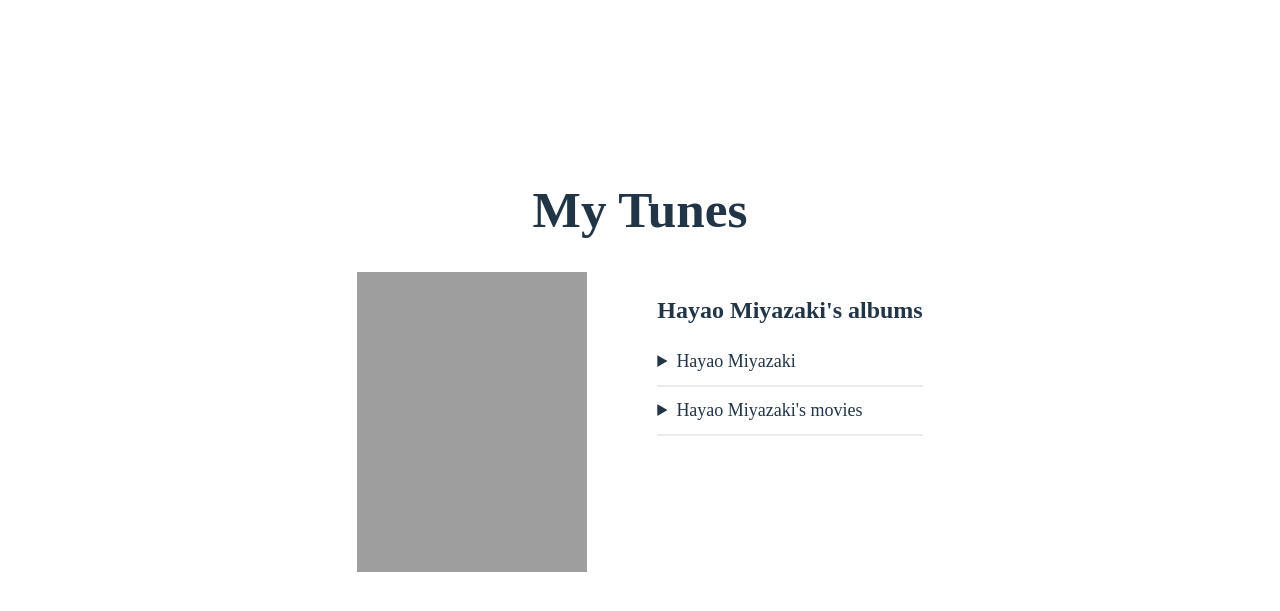
Repository: SamanthaYan298/my_app
Page: /
An editor plug-in stored every save of this project. The page is shown before and after the next save, followed by the edit.
The browser window is 1280 px wide. The pictures show the whole page.
Pictures or frames that could not be fetched are drawn as grey boxes. The project was rebuilt for these pictures with package versions that can differ from the ones it lists, and the page was loaded fresh each time. Also part of the build but not shown: vite.config.js.

Above is the page before, as saved 2024-09-14 16:30:42.

### src/App.jsx
import './App.css';

function App() {

  return (
    <>
      <div className='title'>
        <h1>My Tunes</h1>
        <div className="all">
        <div className='photo'>
          <img src="https://www.hollywoodreporter.com/wp-content/uploads/2013/09/hayao_miyazaki_-_h_-_2013.jpg?w=1024" alt="Hayao Miyazaki" height={300} width={230}/>
        </div>
        <div>
          <h2>Hayao Miyazaki's albums</h2>
          <details className='categories'>
            <summary>Hayao Miyazaki</summary>
            <ol>
              <li>Japanese animator</li>
              <li>Filmmaker</li>
              <li>Manga artist</li>
              <li>A founder of Studio Ghibli</li>
              <li>Oscar awards: 89 wins & 62 nominations</li>
            </ol>
          </details>
          <details className='categories'>
            <summary className='open'>Hayao Miyazaki's movies</summary>
            <ol>
              <li>Castle in the Sky</li>
              <li>Kiki's Delivery Service</li>
              <li>Howl's Moving Castle</li>
              <li>Princess Mononoke</li>
              <li>Spirited Away</li>
            </ol>
          </details>
        </div>
      </div>
      </div>
    </>
  )
}

export default App

### src/App.css
#root {
  margin: 0 auto;
  padding: 2rem;
  text-align: left;
  font-family: "PT Serif", serif;
  font-weight: 400;
  font-style: normal;;
}

.photo,
.all {
  display: flex;
  flex-direction: row;
  gap: 70px;
  text-align: left;
}

.title {
  text-align: center;
}

.categories {
  padding-bottom: 10px;
  font-size: 18px;
}

.categories summary {
  border-bottom: 2px solid rgb(235, 235, 235);
  padding-bottom: 10px;
}

.categories[open] summary{
  padding: 10px;
  background-color: rgb(235, 235, 235);
}

Loaded but not shown: index.html (common file); src/main.jsx (common file); src/index.css (common file)

After the next save:
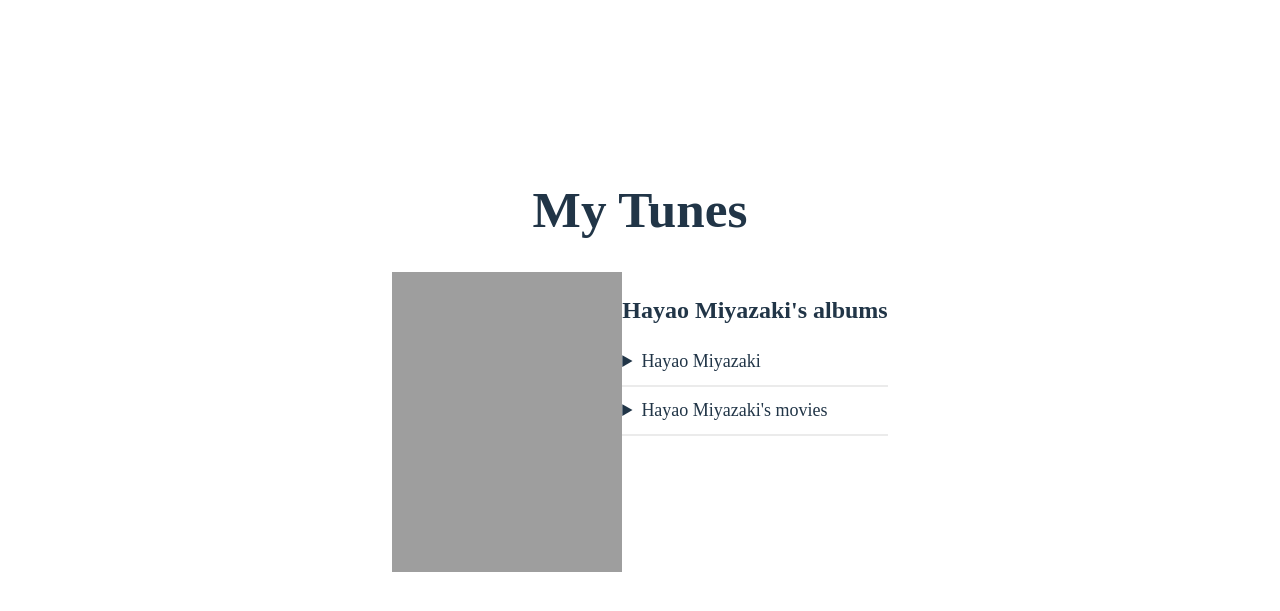
Saved 13 s later.
--- a/src/App.css
+++ b/src/App.css
@@ -11,7 +11,6 @@
 .all {
   display: flex;
   flex-direction: row;
-  gap: 70px;
   text-align: left;
 }
 

After the save that followed:
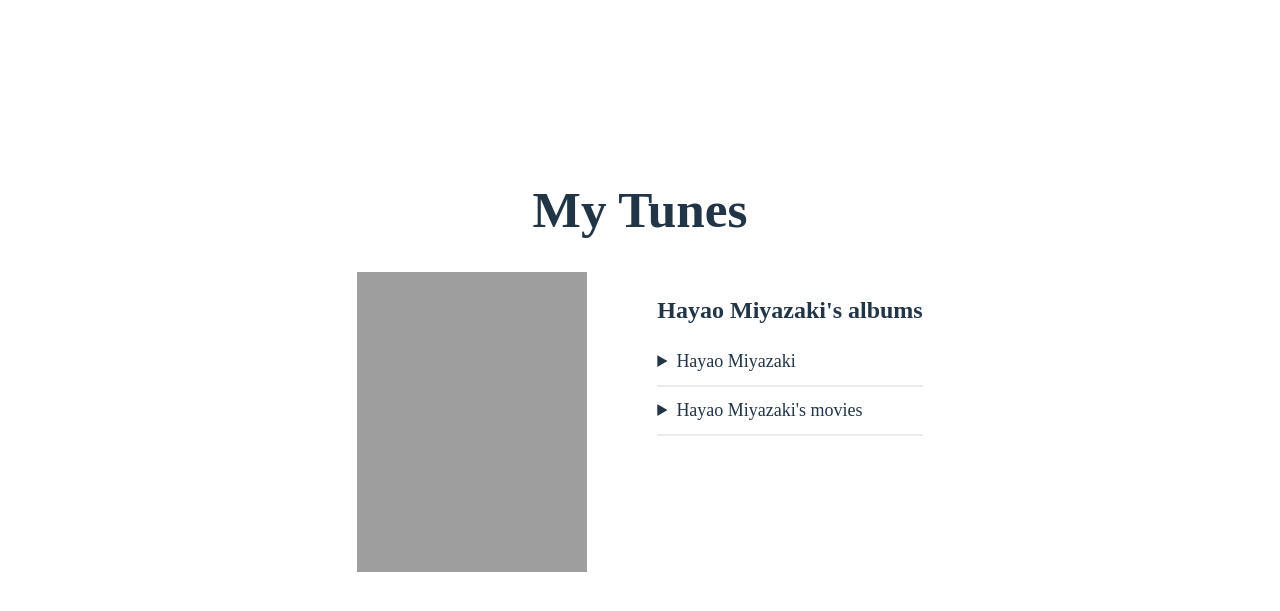
Saved 24 s later.
--- a/src/App.css
+++ b/src/App.css
@@ -11,6 +11,7 @@
 .all {
   display: flex;
   flex-direction: row;
+  gap: 70px;
   text-align: left;
 }
 
